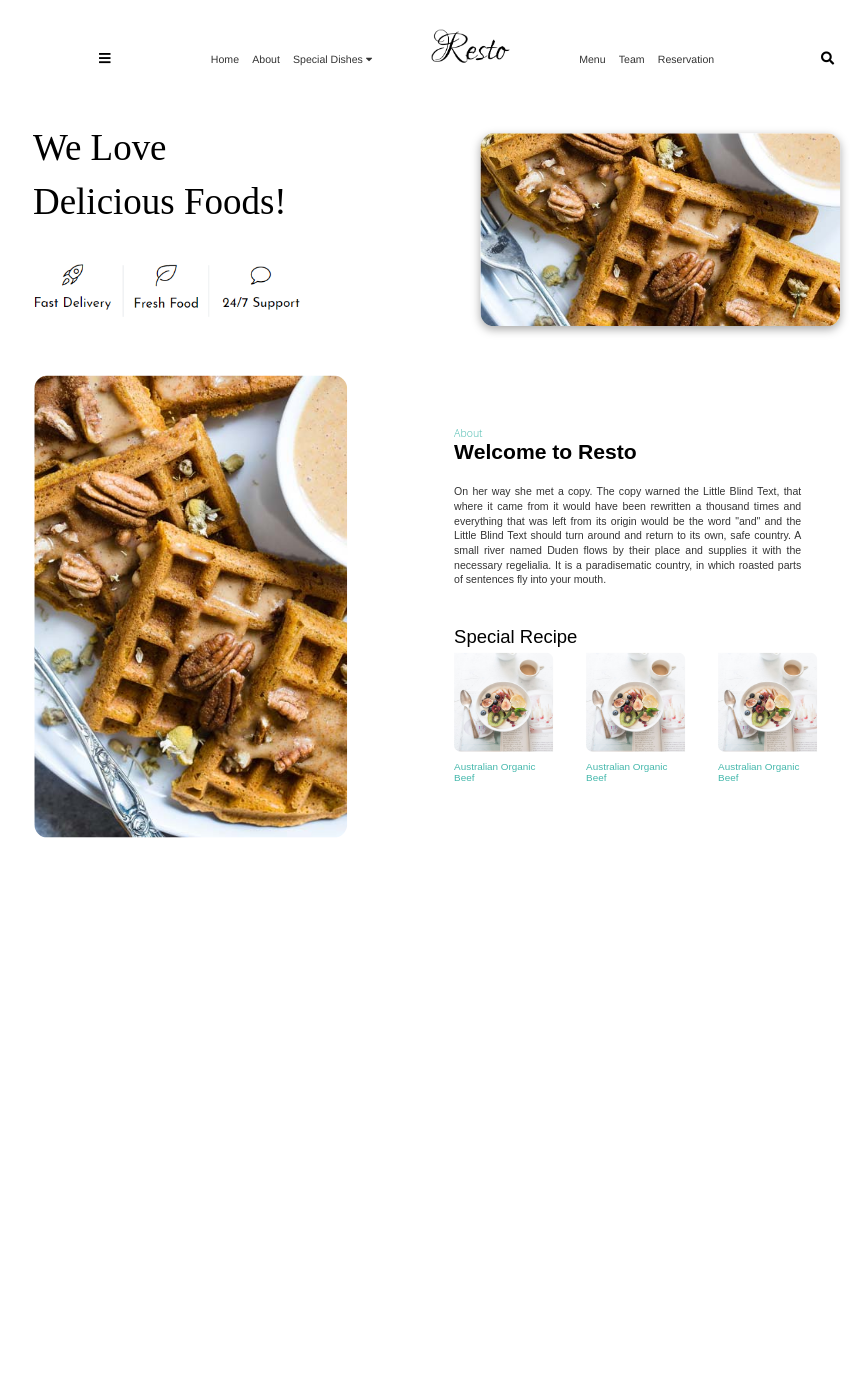
Repository: nguyenanhtuanHDU/myrestaurant
Page: index.html
These files come from the project's save history. The page is drawn as it stood at one moment and after the next save; the edit follows.
The browser window is 1280 px wide. The page is 1288 px wide, so the pictures cover 1288 px, including what lies to the right of the window. The pictures show the whole page, at 66% of full size.

Above is the page before, as saved 2022-02-01 02:19:08.

### index.html
<!DOCTYPE html>
<html lang="en">
<head>
    <meta charset="UTF-8">
    <meta http-equiv="X-UA-Compatible" content="IE=edge">
    <meta name="viewport" content="width=device-width, initial-scale=1.0">
    <link rel="stylesheet" href="./assets/style.css">
    <link rel="stylesheet" href="./assets/icon/fontawesome-free-5.15.4-web/css/all.css">
    <link rel="stylesheet" href="./assets/main.js">
    <link rel="stylesheet" href="./aos/aos.css">
    <title>Resto</title>

</head>
<body>
    <div id="main">
        <div id="header">

            <i class="fas fa-bars" ></i>

            <ul id="nav_1" >
                <li><a href="">Home</a></li>
                <li><a href="">About</a></li>
                <li>
                <a href="">
                    Special Dishes
                    <i class="fas fa-caret-down"></i>
                </a>
                <ul class="subnav_1">
                    <li><a href="">
                        <i class="fas fa-angle-right"></i>
                        Beef Steak Sauce
                    </a></li>
                    <li><a href="">
                        <i class="fas fa-angle-right"></i>
                        Salmon Zucchini
                    </a></li>
                </ul>
                </li>
            </ul>

            <img src="./assets/image/logo.png" alt="" class="img_header" >

            <div id="nav_2">
                <ul>
                    <li><a href="">Menu</a></li>
                    <li><a href="">Team</a></li>
                    <li><a href="">Reservation</a></li>
                </ul>
            </div>

            <i class="fas fa-search"></i>

        </div>

        <div id="introduce">

            <div class="content">
                <h1 class="content_heading1">We Love</h1>
                <h1 class="content_heading2">Delicious Foods!</h1>
                <div class="list_content">
                    <img src="/assets/image/Content/1.png" alt="" class="img_content">
                    <img src="/assets/image/Content/2.png" alt="" class="img_content">
                    <img src="/assets/image/Content/3.png" alt="" class="img_content">

                </div>

                <div class="slider_dish">
                    <img class="img_dish" src="./assets/image/hero-1.jpg" >
                    <img class="img_dish" src="./assets/image/hero-2.jpg" >
                    <img class="img_dish" src="./assets/image/hero-3.jpg" >
                </div>
            </div>



            <div class="about">
                <img src="./assets/image/hero-2.jpg" alt="" class="img_about">
                <div class="about_content">
                    <div class="about_heading">About</div>
                    <div class="about_title">Welcome to Resto </div>
                    <div class="content_para">On her way she met a copy. The copy warned the Little Blind Text, that where it came from it would have been rewritten a thousand times and everything that was left from its origin would be the word "and" and the Little Blind Text should turn around and return to its own, safe country. A small river named Duden flows by their place and supplies it with the necessary regelialia. It is a paradisematic country, in which roasted parts of sentences fly into your mouth.

                    </div>

                    <div class="about_dish">
                        <div class="dish_title">Special Recipe </div>
                        <div class="list_dish">
                            <div class="dish_items">
                                <img src="./assets/image/hero-1.jpg" alt="" class="dish_img">
                                <div class="dish_name">Australian Organic Beef</div>
                            </div>
                            <div class="dish_items">
                                <img src="./assets/image/hero-1.jpg" alt="" class="dish_img">
                                <div class="dish_name">Australian Organic Beef</div>
                            </div>
                            <div class="dish_items">
                                <img src="./assets/image/hero-1.jpg" alt="" class="dish_img">
                                <div class="dish_name">Australian Organic Beef</div>
                            </div>

                        </div>
                    </div>
                </div>
            </div>
        </div>

        <div id="special">

        </div>

        <div id="menu">

        </div>

        <div id="team">

        </div>

        <div id="book">

        </div>

        <div id="footer">

        </div>
    </div>


    <script src="./assets/main.js">

    </script>
    <script src="./aos/aos.js">
        AOS.init();

    </script>


</body>
</html>

### assets/style.css
*{
    margin: 0;
    padding: 0;
    box-sizing: border-box;
}

#header{

    margin-top: 45px;
    margin-left: 150px;
}
#header .fa-bars:hover{
    color: #45b8ac;
    cursor: pointer;
    transform: rotate(360deg);
    transition: .6s ease;
}
#header .fa-bars{
    display: inline-block;
    margin-right: 140px;
    font-size: 20px;
}
#header .fa-search{
    font-size: 20px;
    margin-left: 150px;
}
#header .fa-search:hover{
    color: #45b8ac;
    cursor: pointer;
    font-size: 30px;
    transition: 0.4s ease;
}
#nav_1{
    display: inline-block;

}
#nav_1 > li {
    display: inline-block;
    position: relative;
}
#nav > li:hover{
    display: block;
}

#nav_1 > li > a {
    position: relative;
    font-family: Helvetica, Arial, sans-serif;
    opacity: 0.8;
    display: block;
    color: black;
    text-decoration: none;
    padding: 6px 8px;
}
#nav_1 > li > a:before {
    content: '';
    position: absolute;
    bottom: 0;
    left: 0;
    background-color: #45b8ac;
    height: 3px;
    width: 0%;
    transition: 0.6s ease ;
}
#nav_1 > li > a:hover:before {
    width: 100%;
}
#nav_1 li:hover .subnav_1{
    display: block;
    animation: subnav-1 1s ease ;
}
@keyframes subnav-1{
    0%{
        opacity: 0;
        left: 100px;
    }
    50%{
        left: -20px;
    }
    100%{
        left: 0;
    }

}
.subnav_1{
    position: absolute;
    top: 30px;
    opacity: 1;
    width: 162px;
    display: none;
    z-index: 2;
    overflow: hidden;
    border-top-right-radius: 19px;
    border-bottom-right-radius: 19px;
    box-shadow: rgba(0, 0, 0, 0.35) 0px 5px 15px;
}
.subnav_1 li{
    display: block;
}
.subnav_1 li a:hover{
    background-color: #45b8ac;
    color: white;
}
.subnav_1 li a{
    position: relative;
    font-family: Helvetica, Arial, sans-serif;
    opacity: 0.8;
    color: black;
    text-decoration: none;
    padding: 6px 8px;
    display: block;
}
.subnav_1 li a:before{
    content: '';
    position: absolute;
    top: 0;
    left: 0;
    background-color: #45b8ac;
    height: 100%;
    width: 0%;
    z-index: -1;
}
.subnav_1 li a:hover:before{
    color: white;
}



.img_header{
    width: 117.25px;
    height: 50px;
    margin-left: 78px;
    margin-right: 94px;
}
#nav_2{
    display: inline-block;
}
#nav_2 li {
    display: inline-block;
}

#nav_2 li a {
    position: relative;
    text-decoration: none;
    color: black;
    font-family: Helvetica, Arial, sans-serif;
    opacity: 0.8;
    padding: 6px 8px;
}
#nav_2 li a:before {
    content: '';
    position: absolute;
    bottom: 0;
    left: 0;
    background-color: #45b8ac;
    height: 3px;
    width: 0%;
    transition: 0.6s ease;
}
#nav_2 li a:hover:before {
    width: 100%;
}
#introduce{
    position: relative;
    height: 2000px;
}
.content{
    position: absolute;
    top: 86px;
    left: 50px;
}
.content_heading1{
    font-size: 3.5rem;
    font-weight: 300;
    line-height: 1.2;
}
.content_heading2{
    font-size: 3.5rem;
    font-weight: 300;
    line-height: 1.2;
    padding-top: 14px;
    padding-bottom: 59px;
}
.slider_dish{

}
.img_dish{
    position: absolute;
    width: 545px;
    height: 292px;
    object-fit: cover;
    top: 11px;
    left: 167%;
    box-shadow: rgba(0, 0, 0, 0.35) 0px 5px 15px;
    border-radius: 20px;
}
.about{
    position: absolute;
    top: 29em;
}
.img_about{
    width: 474px;
    height: 700px;
    object-fit: cover;
    margin-left: 52px;
    border-radius: 20px;
}
.about_content{
    position: absolute;
    top: 76px;
    left: 43em;
    width: 100%;
}
.about_heading{
    color: #45b8ac;
    font-family: 'Open Sans',sans-serif;
    font-weight: 300;
}
.about_title{
    font-family: 'Josefin Sans',sans-serif;
    font-weight: 700;
    font-size: 32px;
    margin-bottom: 30px;
}
.content_para{
    font-family: 'Josefin Sans',sans-serif;
    text-align: justify;
    opacity: 0.8;
    line-height: 1.4;
    margin-bottom: 58px;
}
.about_dish{
    position: absolute;
}
.list_dish{
    display: flex;
}
.dish_items{
    margin-right: 50px;
}
.dish_title{
    font-family: 'Josefin Sans',sans-serif;
    font-weight: 400;
    font-size: 28px;
    margin-bottom: 8px;
}
.dish_img{
    width: 150px;
    height: 150px;
    border-radius: 0 10px 0 10px;
}
.dish_name{
    font-family: 'Josefin Sans',sans-serif;
    font-weight: 400;
    margin-top: 10px;
    font-size: 15px;
    color: #45b8ac;

}

### assets/main.js

var myIndex = 0;
        carousel();

        function carousel() {
          var i;
          var x = document.getElementsByClassName("img_dish");
          for (i = 0; i < x.length; i++) {
            x[i].style.display = "none";
          }
          myIndex++;
          if (myIndex > x.length) {myIndex = 1}
          x[myIndex-1].style.display = "block";
          setTimeout(carousel, 3000);
        }

Loaded but not shown: assets/icon/fontawesome-free-5.15.4-web/css/all.css (library); aos/aos.css (library); aos/aos.js (library)

After the next save:
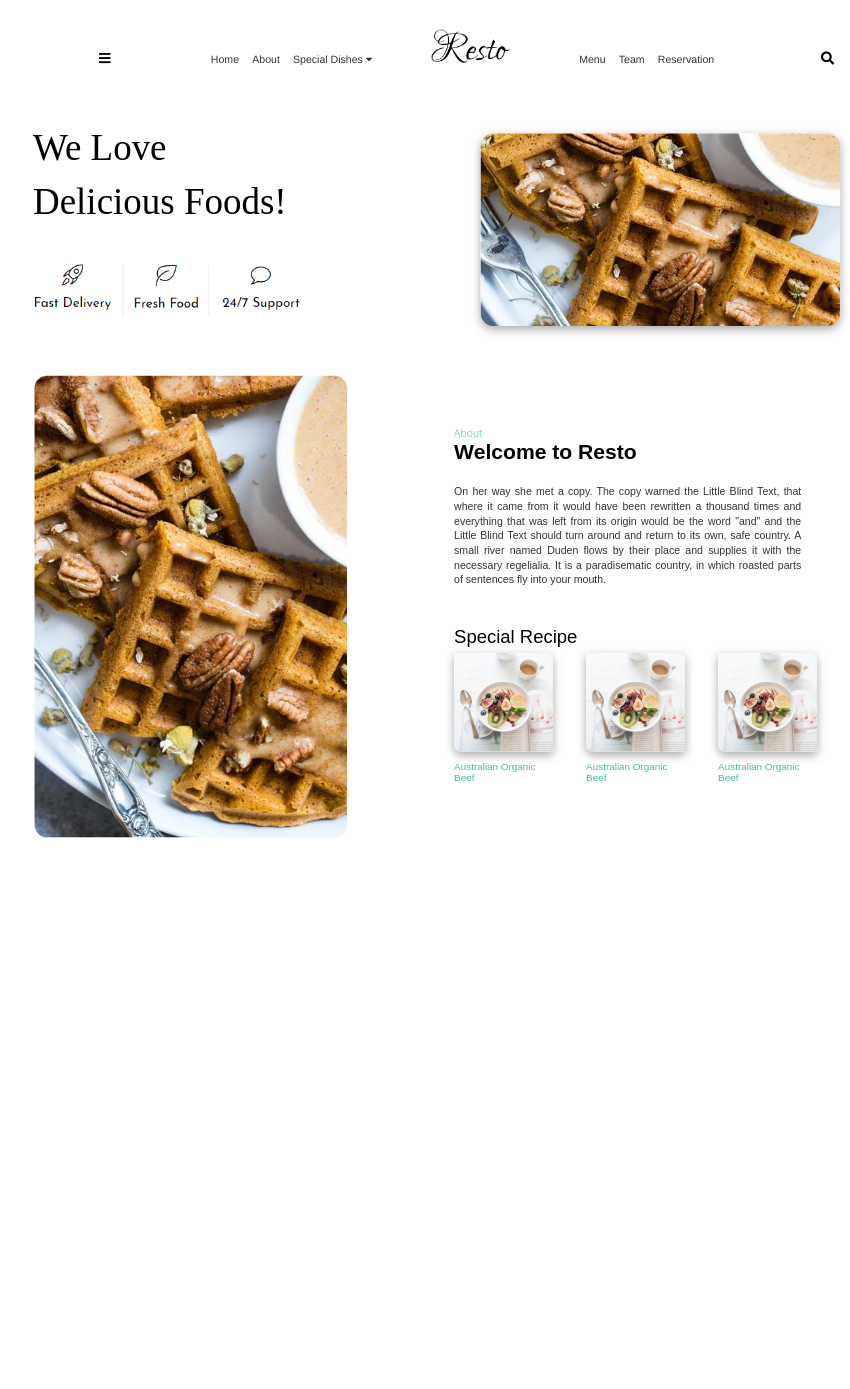
Saved 20 s later.
--- a/assets/style.css
+++ b/assets/style.css
@@ -247,6 +247,8 @@
     width: 150px;
     height: 150px;
     border-radius: 0 10px 0 10px;
+    box-shadow: rgba(0, 0, 0, 0.35) 0px 5px 15px;
+
 }
 .dish_name{
     font-family: 'Josefin Sans',sans-serif;
